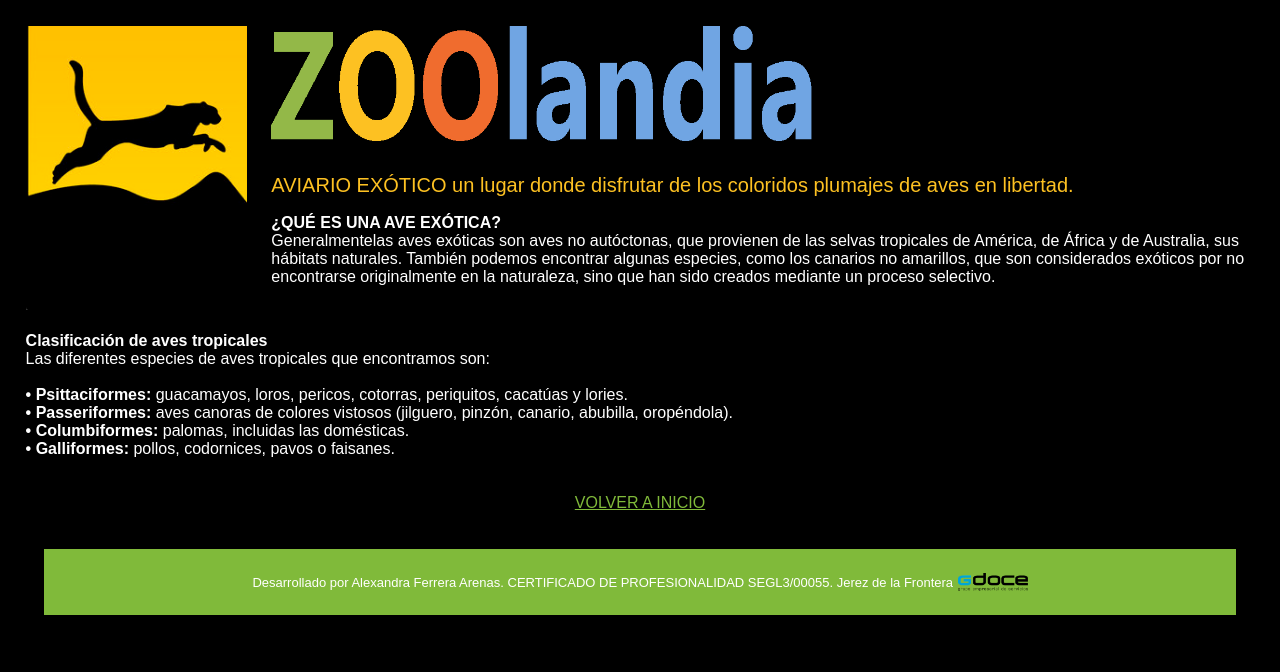
Repository: iSaan86/EV_Pr-ctica_Zoolandia
Page: sabana.html
An editor plug-in stored every save of this project. The page is shown before and after the next save, followed by the edit.
The browser window is 1280 px wide. The pictures show the whole page.

Above is the page before, as saved 2023-11-27 19:19:54.

### sabana.html
<!DOCTYPE html>
<html lang="es-ES">
	<head>
		<title>
			ZOOlandia Sabana
		</title>
		<meta charset="UTF-8">
		<meta name="viewport" content="width=device-width, initial-scale=1.0">
		<meta name="keywords" content="zoo, aventura, naturaleza, aviario, sabana">
		<meta name="description" content="La sabana ZOOlandia">
		<meta name="author" content="Alexandra Ferrera Arenas">
		<link rel="icon" type="image/x-icon" href="img/favicon.png">

    </head>

    <body style="background-color:black;font-family: Arial, Helvetica, sans-serif; padding: 2%; margin:0">
     <!--Seccion de arriba-->
     <!--Imagen y texto-->
        <section style="display: flex; width: 100%;">
            <article style="width: 20%; justify-content: center;">
                <img src="img/imagen2.jpg" alt="Aviario Exótico" title="La sabana" width="90%">
            </article>
            <article style="width: 80%">
                <section>
                    <img src="img/zoolandia_titulo.gif" alt="Zoolandia Logo" width="55%" style="text-align: left;">
                </section>
                <section style="margin:3% 0%">
                    <h2 style="color:#fdc122; text-align: left; font-weight: normal; font-size: 20px;">
                        AVIARIO EXÓTICO un lugar donde disfrutar de los coloridos plumajes de aves en libertad.
                    </h2>
                    <p style="color: white;font-weight: lighter;">
                        <strong> ¿QUÉ ES UNA AVE EXÓTICA?</strong>
                        <br>Generalmentelas aves exóticas son aves no autóctonas, que provienen de las selvas tropicales de América, de África y de Australia, sus hábitats naturales. También podemos encontrar algunas especies, como los canarios no amarillos, que son considerados exóticos por no encontrarse originalmente en la naturaleza, sino que han sido creados mediante un proceso selectivo.
                    </p>
                </section>
            </article>
        </section>
    <!--Texto Clasificación Aves-->

        <section>
            <p  style="color: white; font-weight: lighter;">
                <strong> Clasificación de aves tropicales</strong>
                <br>Las diferentes especies de aves tropicales que encontramos son:
                <br><br><strong>• Psittaciformes:</strong> guacamayos, loros, pericos, cotorras, periquitos, cacatúas y lories.
                <br><strong>• Passeriformes:</strong> aves canoras de colores vistosos (jilguero, pinzón, canario, abubilla, oropéndola).
                <br><strong>• Columbiformes:</strong> palomas, incluidas las domésticas.
                <br><strong>• Galliformes:</strong> pollos, codornices, pavos o faisanes.
            </p>
        </section>

    <!--Enlace Volver a Inicio-->
       <section style="width: 100%; justify-content: center; align-items:center; text-align: center; margin: 3% 0%">
        <a href="index.html" style="color:#80ba3a"> VOLVER A INICIO</a>
       </section>

    <!--Pie de página-->
        <footer style="display: flex; width: 100%; margin:1% 0%; align-items: center; justify-content: center; text-align: center">
            <section style="display: flex; width: 95%; background-color:#80ba3a;align-items: center; justify-content: center; text-align: center; padding:1%">
                   <p style="color:white; font-size: 13px">
                        Desarrollado por Alexandra Ferrera Arenas. CERTIFICADO DE PROFESIONALIDAD SEGL3/00055. Jerez de la Frontera
                    </p>
                    &nbsp;
                    <img src="img/logo.png" alt="Logo G-Doce" width="6%">

            </section>
        </footer>

    </body>
</html>

After the next save:
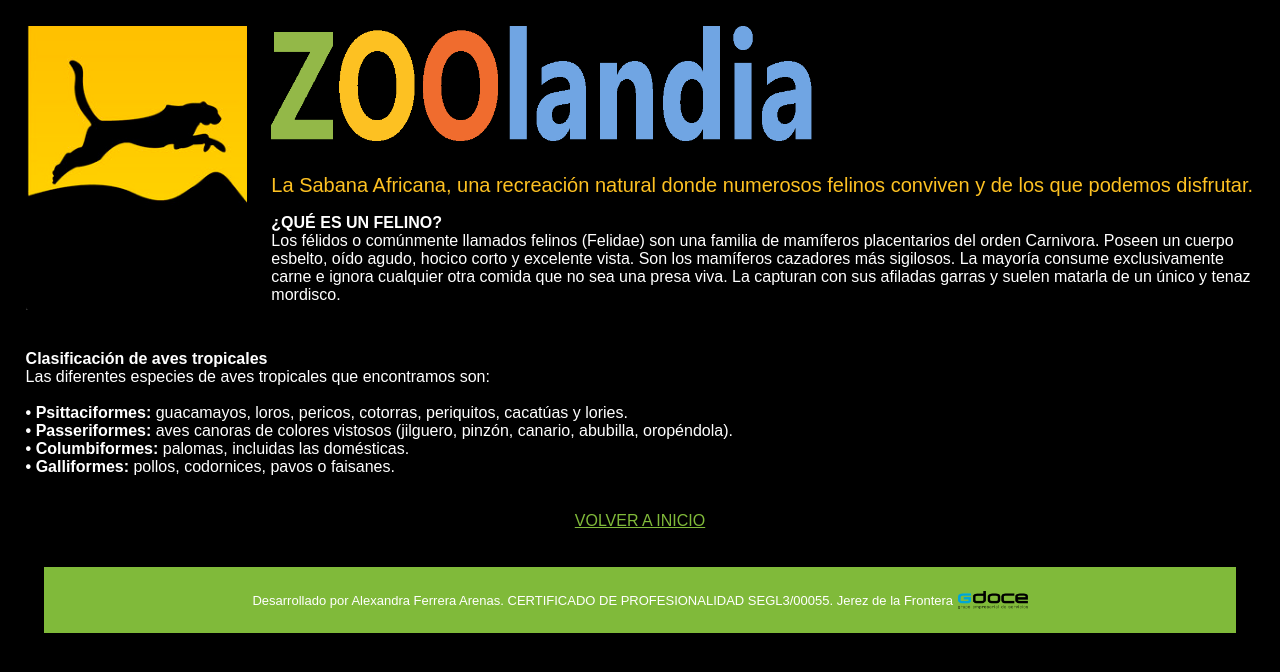
Saved 113 s later.
--- a/sabana.html
+++ b/sabana.html
@@ -26,11 +26,15 @@
                 </section>
                 <section style="margin:3% 0%">
                     <h2 style="color:#fdc122; text-align: left; font-weight: normal; font-size: 20px;">
-                        AVIARIO EXÓTICO un lugar donde disfrutar de los coloridos plumajes de aves en libertad.
+                        La Sabana Africana, una recreación natural donde numerosos felinos conviven y de los que podemos disfrutar.
                     </h2>
                     <p style="color: white;font-weight: lighter;">
-                        <strong> ¿QUÉ ES UNA AVE EXÓTICA?</strong>
-                        <br>Generalmentelas aves exóticas son aves no autóctonas, que provienen de las selvas tropicales de América, de África y de Australia, sus hábitats naturales. También podemos encontrar algunas especies, como los canarios no amarillos, que son considerados exóticos por no encontrarse originalmente en la naturaleza, sino que han sido creados mediante un proceso selectivo.
+                        <strong> ¿QUÉ ES UN FELINO?</strong>
+                        <br>Los félidos o comúnmente llamados felinos (Felidae) son una familia de mamíferos placentarios del
+                        orden Carnivora. Poseen un cuerpo esbelto, oído agudo, hocico corto y excelente vista. Son los
+                        mamíferos cazadores más sigilosos. La mayoría consume exclusivamente carne e ignora cualquier
+                        otra comida que no sea una presa viva. La capturan con sus afiladas garras y suelen matarla de un
+                        único y tenaz mordisco.
                     </p>
                 </section>
             </article>
